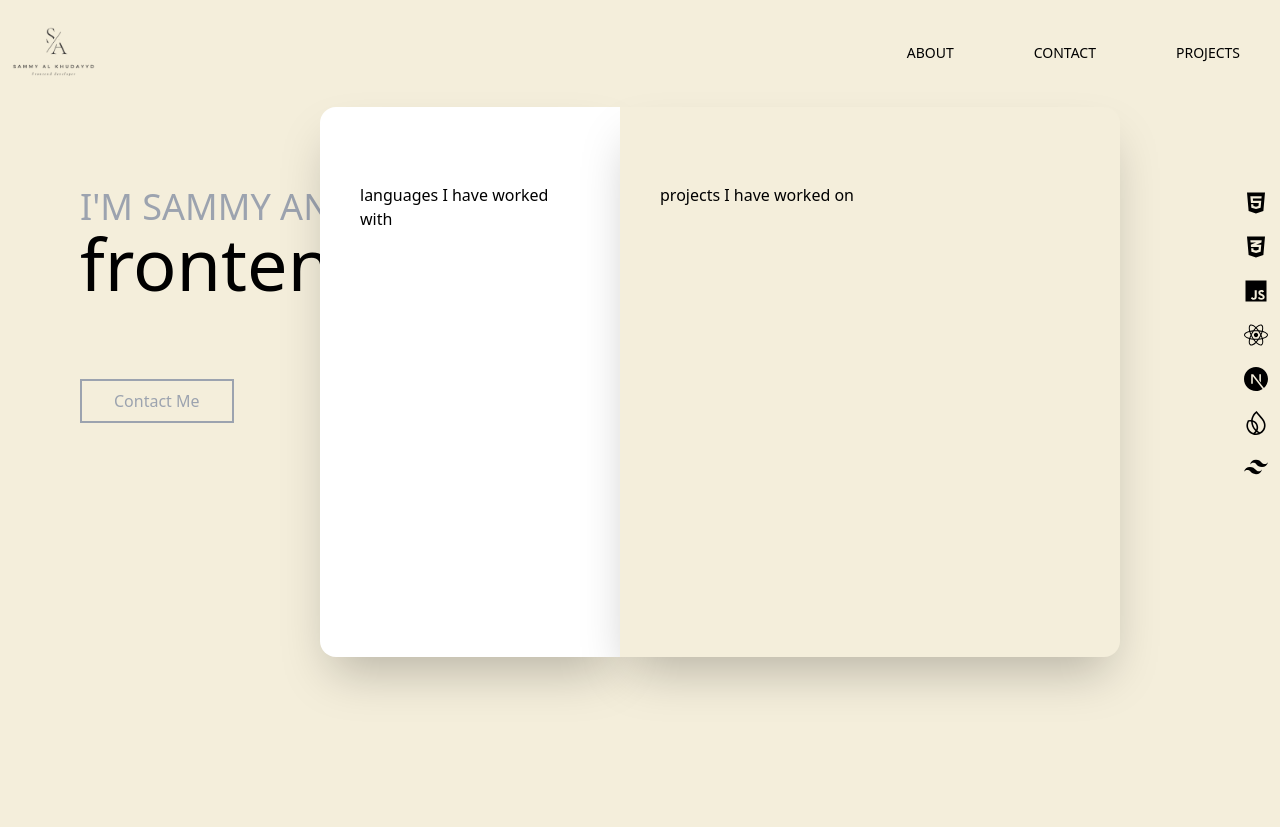
Repository: Al123Kudayyd/myportfolio
Page: /
These files come from the project's save history. The page is drawn as it stood at one moment and after the next save; the edit follows.
The browser window is 1280 px wide. The pictures show the whole page.
The project was rebuilt for these pictures with package versions that can differ from the ones it lists, and the page was loaded fresh each time. Also part of the build but not shown: src/components/model.js.

Above is the page before, as saved 2024-02-21 13:51:58.

### src/App.js
import Main from './components/Main';
import Nav from './components/Nav';
import Model from './components/Model'


function App() {
  return (
    <div className=" ">
      <Nav />
      <Main />

    </div>
  );
}

export default App;

### src/components/Main.jsx
import React, { useState } from 'react'
import Model from './Model'
import { LiaTimesSolid } from "react-icons/lia";
import { FaHtml5, FaReact } from "react-icons/fa";
import { FaCss3Alt } from "react-icons/fa6";
import { IoLogoJavascript } from "react-icons/io5";
import { SiNextdotjs } from "react-icons/si";
import { SiFirebase } from "react-icons/si";
import { SiTailwindcss } from "react-icons/si";
import Projects from './Projects';


function Main() {
    const [openModal, setOpenModal] = useState(false)
  return (
    <div className='relative'>
    <div className='bg-[#f4eedb] relative h-screen'>
        <div className='-z-10 pl-20 pt-20 '>
            <h1 className=''><span className='text-gray-400 font-extralight text-4xl'>I'M SAMMY AND I'M A</span>
            <br /><span className='text-7xl'>frontend developer.</span></h1>
            <button className='mt-20 border-gray-400 border-2 text-gray-400 py-2 px-8 hover:bg-gray-400 hover:text-[#f4eedb]
            transition-all duration-300'
            onClick={() => setOpenModal(true)}>
                Contact Me</button>
        </div>

    </div>
    {
        openModal && <Model btn={<LiaTimesSolid onClick={() => setOpenModal(false)} />} />
    }
    <div className='absolute top-[10%] right-0 text-2xl space-y-5 m-3'>
            <FaHtml5 />
            <FaCss3Alt />
            <IoLogoJavascript />
            <FaReact />
            <SiNextdotjs />
            <SiFirebase />
            <SiTailwindcss />
        </div>
        <Projects className='' />
    </div>
  )
}

export default Main

### src/components/Nav.jsx
import React from 'react'
import logo from '../assets/logo.png'
import { LiaBarsSolid } from "react-icons/lia";

function Nav({ }) {
  return (
    <div className='bg-[#f4eedb] relative'>
        <div className='flex justify-between items-center'>
            <img src={logo} className="w-[20%] md:w-1/12 " />
            <LiaBarsSolid className='sm:hidden text-3xl mr-5 hover:text-gray-400 cursor-pointer active:scale-[.85] transition-all duration-300' />
            <ul className='hidden sm:flex font-extralight text-sm '>
                <li className='px-10 cursor-pointer hover:text-gray-400 transition-all duration-300'>ABOUT</li>
                <li className='px-10 cursor-pointer hover:text-gray-400 transition-all duration-300'>CONTACT</li>
                <li className='px-10 cursor-pointer hover:text-gray-400 transition-all duration-300'>PROJECTS</li>
            </ul>
        </div>



    </div>
  )
}

export default Nav

### src/components/Projects.jsx
import React from 'react'

function Projects() {
  return (
    <div className='absolute top-0 left-[25%]'>
        <div className='flex justify-center items-center'>
            <div className='shadow-2xl bg-white w-[300px] h-[550px] rounded-l-2xl'>
                <div className='px-[40px] py-[76px]'>
                    <h1>languages I have worked with</h1>
                </div>

            </div>
            <div className='shadow-2xl bg-[#f4eedb] w-[500px] h-[550px] rounded-r-2xl '>
                <div className='px-[40px] py-[76px]'>
                    <h1>projects I have worked on</h1>
                </div>

            </div>
        </div>
    </div>
  )
}

export default Projects

### tailwind.config.js
/** @type {import('tailwindcss').Config} */
module.exports = {
  content: [
    "./src/components/Nav.{js,jsx,ts,tsx}",
    "./src/components/Main.{js,jsx,ts,tsx}",
    "./src/components/App.{js,jsx,ts,tsx}",
    "./src/components/Model.{js,jsx,ts,tsx}",
    "./src/components/Projects.{js,jsx,ts,tsx}"
  ],
  theme: {
    extend: {},
  },
  plugins: [],
}

Loaded but not shown: public/index.html (common file); src/index.js (common file); src/index.css (common file); src/reportWebVitals.js (common file)

After the next save:
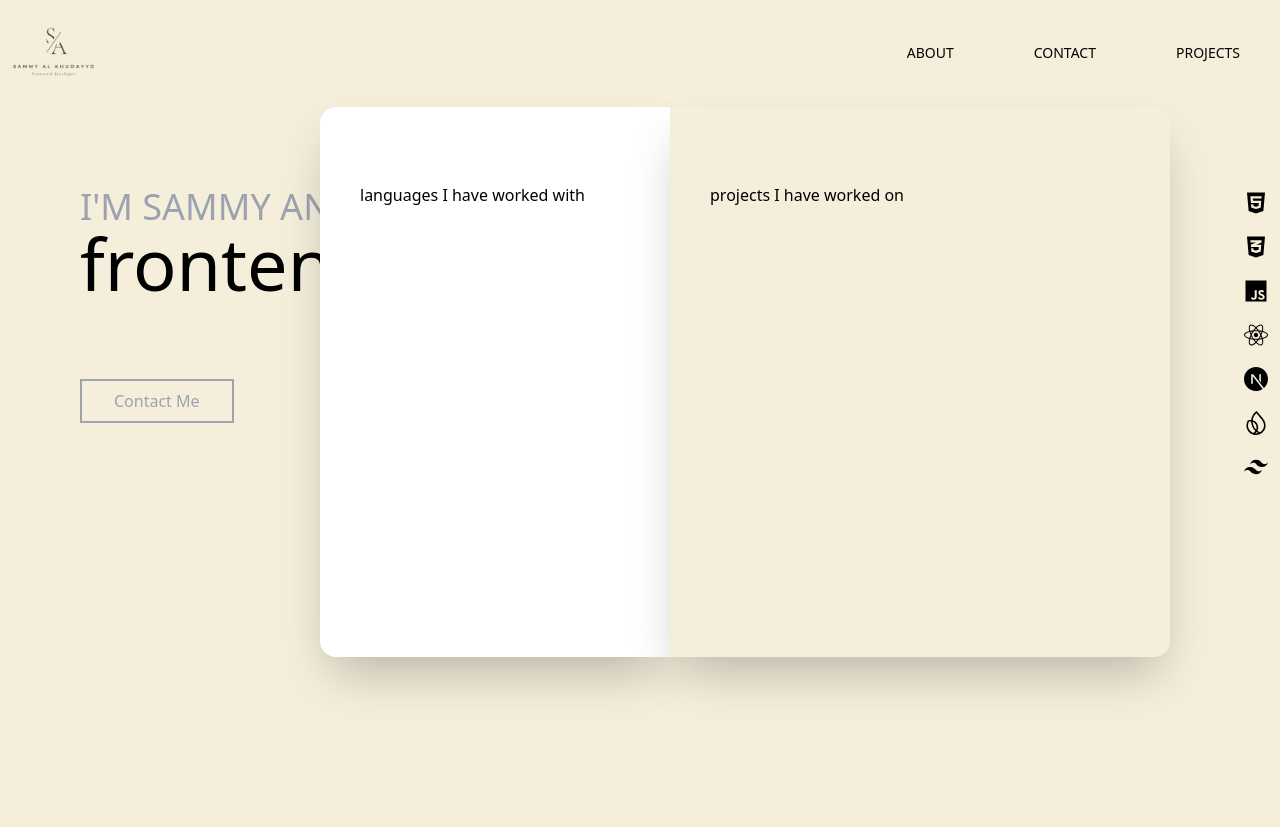
Saved 13 s later.
--- a/src/components/Projects.jsx
+++ b/src/components/Projects.jsx
@@ -4,7 +4,7 @@ function Projects() {
   return (
     <div className='absolute top-0 left-[25%]'>
         <div className='flex justify-center items-center'>
-            <div className='shadow-2xl bg-white w-[300px] h-[550px] rounded-l-2xl'>
+            <div className='shadow-2xl bg-white w-[350px] h-[550px] rounded-l-2xl'>
                 <div className='px-[40px] py-[76px]'>
                     <h1>languages I have worked with</h1>
                 </div>
